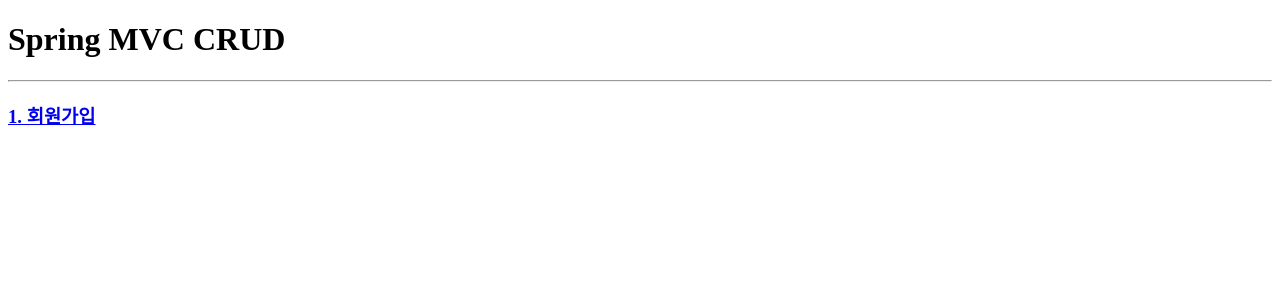
Repository: bbookk1104/spring-workspace
Page: http://localhost/02_SpringMVC_CRUD/
The author's editor kept a copy of each file at every save. The page is drawn from the files as they stood at one save, then again after the next save.
The browser window is 1280 px wide. The pictures show the whole page.
The page is served by Tomcat 9.

Above is the page before, as saved 2022-09-30 03:16:37.

After the next save:
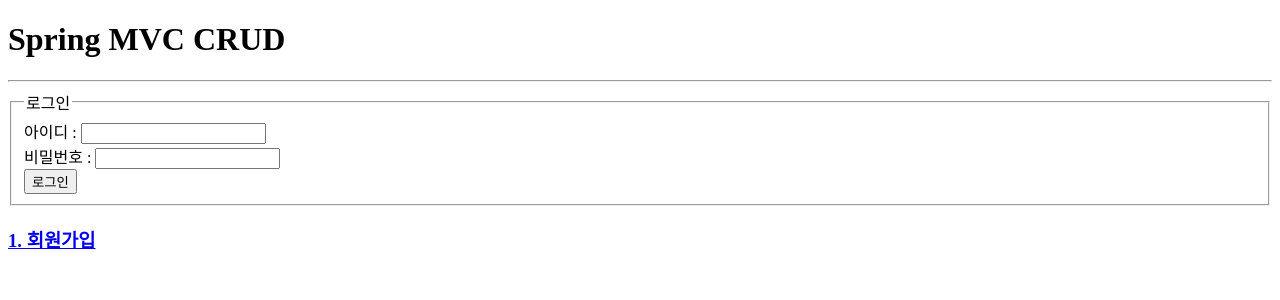
Saved 80 min 13 s later.
--- a/02_SpringMVC_CRUD/src/main/webapp/index.jsp
+++ b/02_SpringMVC_CRUD/src/main/webapp/index.jsp
@@ -9,7 +9,14 @@
 <body>
 	<h1>Spring MVC CRUD</h1>
 	<hr>
+	<form action="/login.do" method="post">
+		<fieldset>
+			<legend>로그인</legend>
+			아이디 : <input type="text" name="memberId"><br>
+			비밀번호 : <input type="password" name="memberPw"><br>
+			<input type="submit" value="로그인">
+		</fieldset>
+	</form>
 	<h3><a href="/joinFrm.do">1. 회원가입</a></h3>
-
 </body>
 </html>
